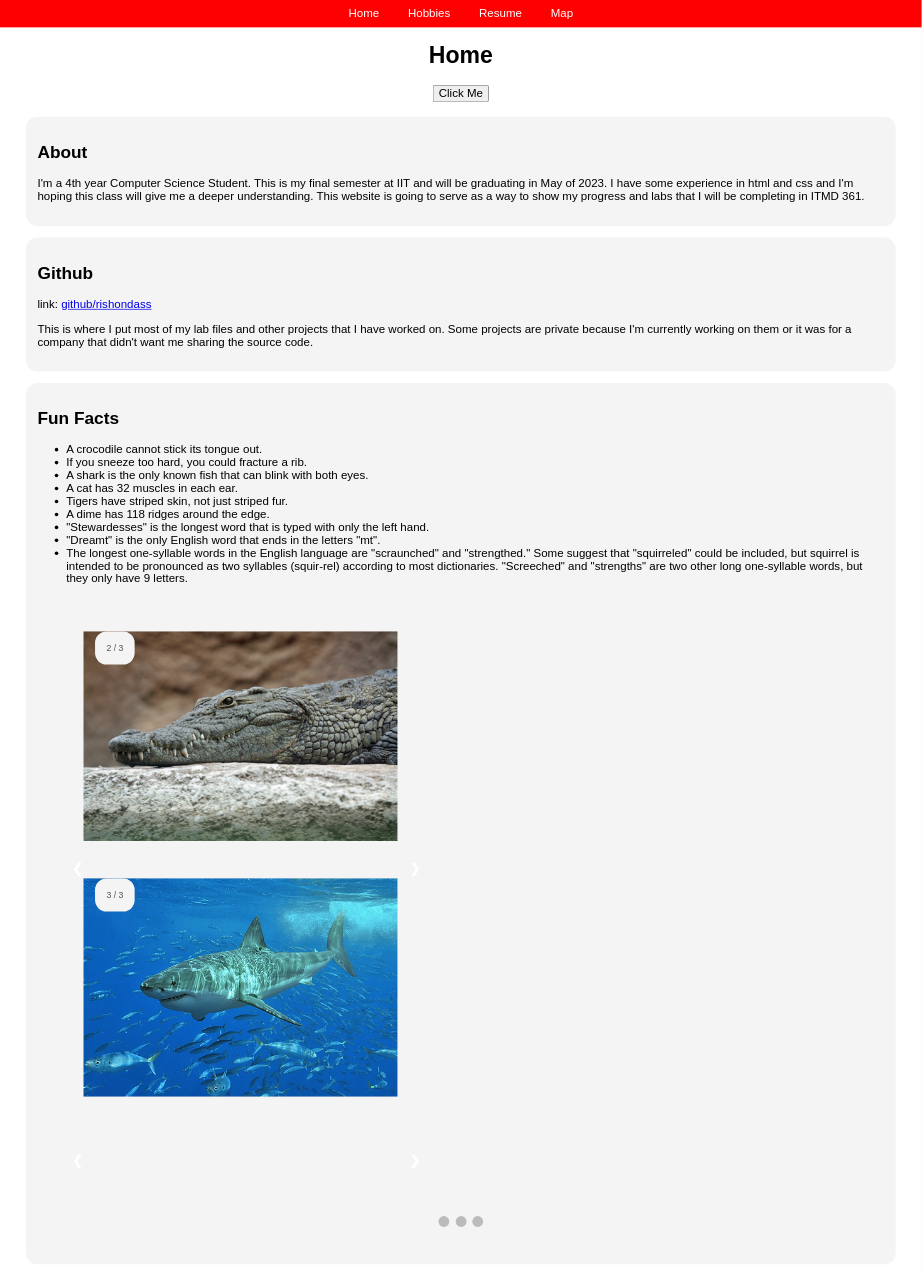
Repository: rishondass/ITMD361-Project3
Page: index.html
These files come from the project's save history. The page is drawn as it stood at one moment and after the next save; the edit follows.
The browser window is 1280 px wide. The pictures show the whole page, at 72% of full size.

Above is the page before, as saved 2023-04-28 18:31:09.
Console error: TypeError: Cannot read properties of undefined (reading 'style')

After the next save:
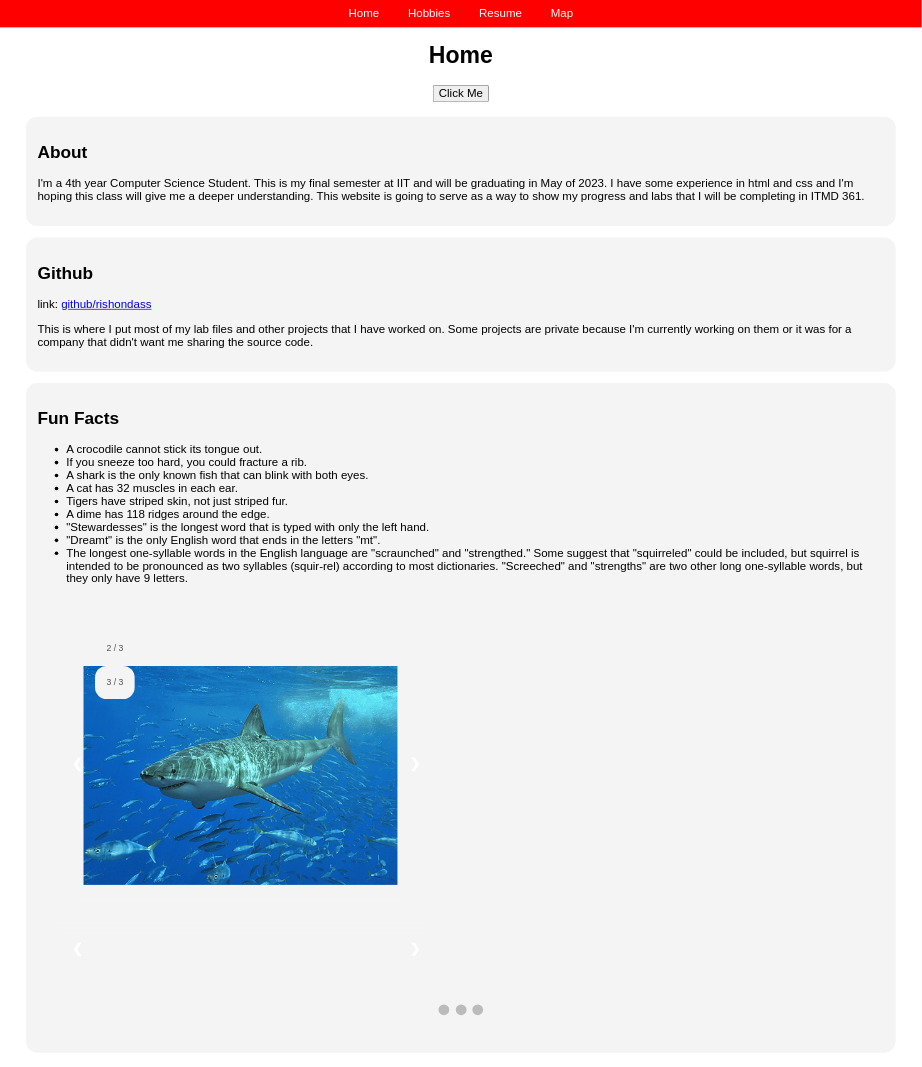
Saved 14 s later.
--- a/index.html
+++ b/index.html
@@ -96,7 +96,7 @@
 
         <div class="slideshow-container">
           <div class="numbertext">2 / 3</div>
-          <img src="images/nile_crocodile_head.jpg" alt="image_of_crocodile" style="width:100%">
+
         </div>
 
         <div class="slideshow-container">
